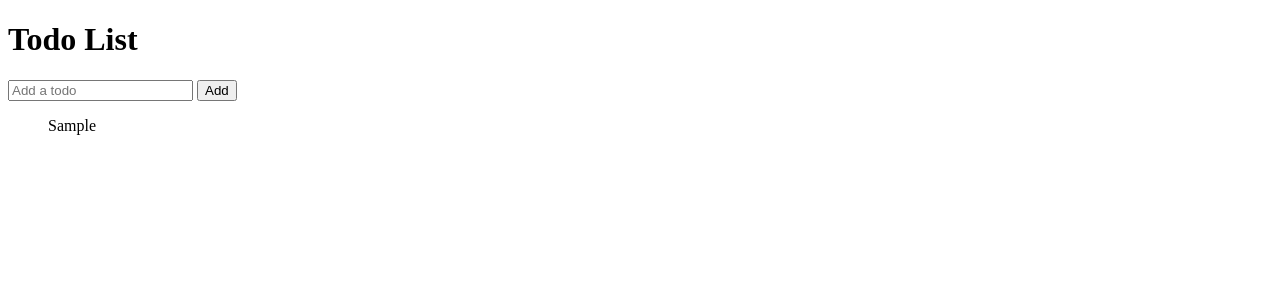
Repository: ble-syn/Todo-list
Page: index.html
The author's editor kept a copy of each file at every save. The page is drawn from the files as they stood at one save, then again after the next save.
The browser window is 1280 px wide. The pictures show the whole page.
Empty fields were first filled with sample values (such as "Sample", 5 or name@example.com).
After loading, the first visible `button` was clicked once.

Above is the page before, as saved 2022-10-20 17:56:21.

After the next save:
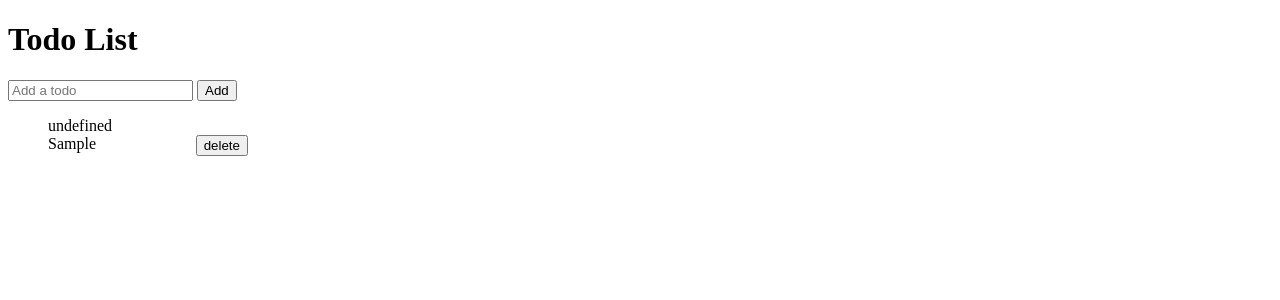
Saved 49 s later.
--- a/app.js
+++ b/app.js
@@ -6,18 +6,18 @@ let todoArray = [];
 
 function render() {
   let items;
+  const getLocalStorage = JSON.parse(localStorage.getItem("todos"));
 
-  const getLocalStorage = JSON.parse(localStorage.getItem("todos"));
   getLocalStorage.forEach((element) => {
-    items = `
+    items += `
             <li style="display: flex; justify-content: space-between; width: 200px;">
                 <span>${element}</span>
-
+                <button onclick="delFunc()">delete</button>
 
             </li>
         `;
   });
-  todoList.insertAdjacentHTML("beforeend", items);
+  todoList.innerHTML = items;
   console.log(typeof todoList)
 }
 
@@ -32,6 +32,11 @@ button.addEventListener("click", () => {
     return;
   }
   todoArray.push(value);
+//   const todo = {
+//     id: Date.now(),
+//     name: item,
+//     completed: false
+//   };
   localStorage.setItem("todos", JSON.stringify(todoArray));
   render();
   todo.value = "";
